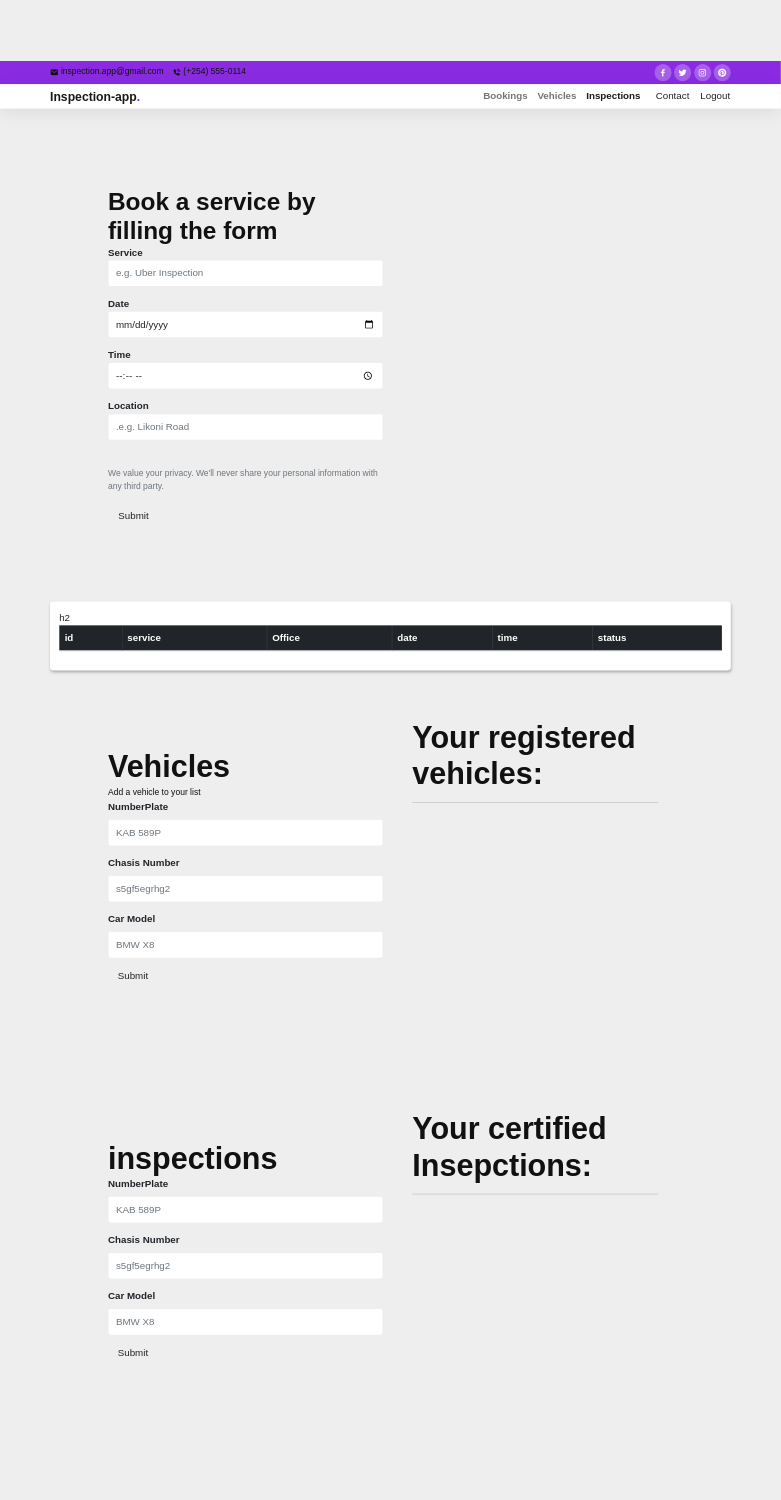
Repository: Jaynie8085/INSPECTION-APP
Page: client/admnDashboard.html
These files come from the project's save history. The page is drawn as it stood at one moment and after the next save; the edit follows.
The browser window is 1280 px wide. The pictures show the whole page, at 61% of full size.
The page's requests for data from a server got no answer. Some web libraries are served in a nearby version.

Above is the page before, as saved 2022-10-17 02:31:37.
Console error: ReferenceError: fetchBookings is not defined

After the next save:
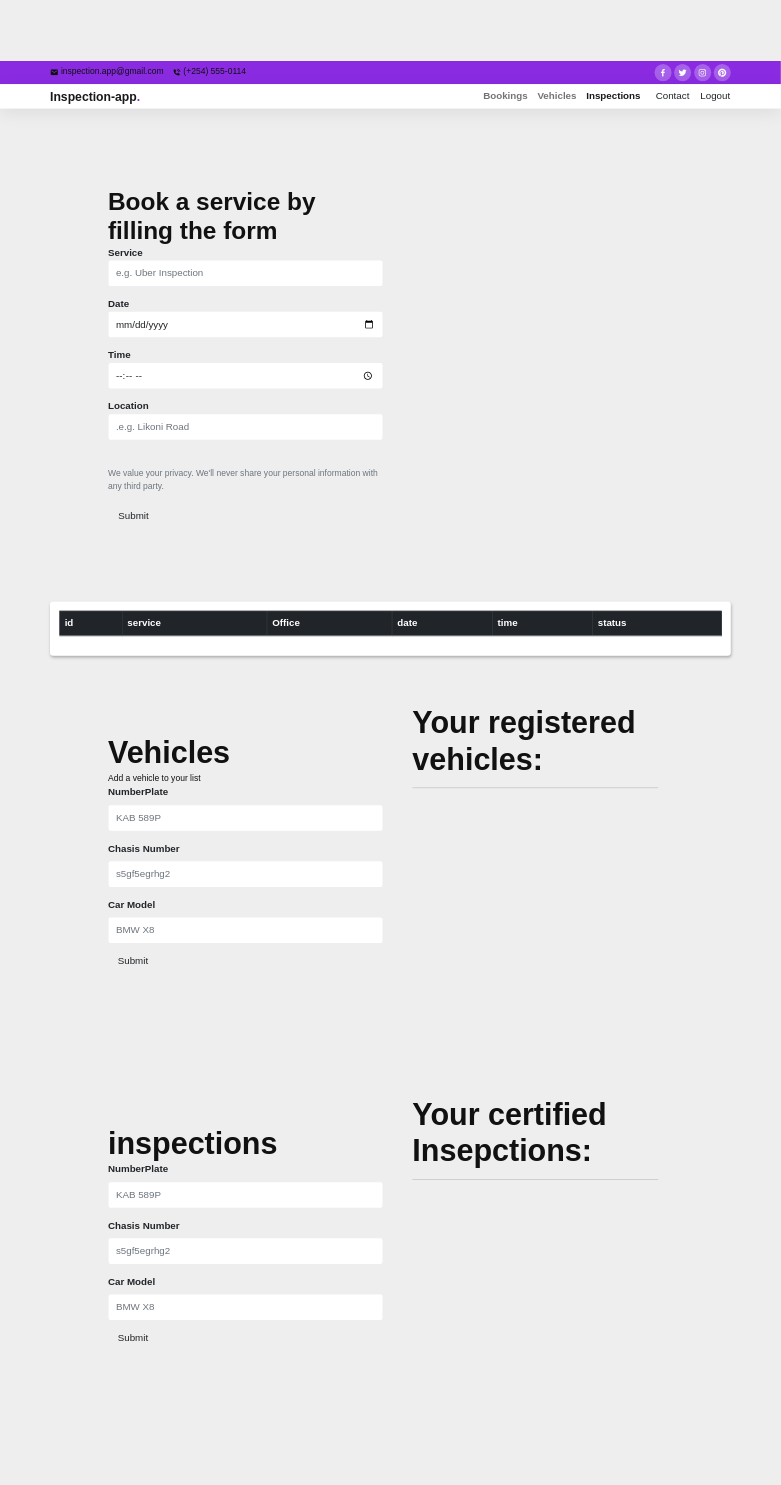
Saved 2 s later.
--- a/client/admnDashboard.html
+++ b/client/admnDashboard.html
@@ -113,7 +113,7 @@
                                 <div class="data_table">
                                     <table id="example" class="table table-striped table-bordered">
                                         <thead class="table-dark">
-                                            h2
+                                            <i class="fas fa-h2    "></i>
                                             <tr>
                                                 <th>id</th>
                                                 <th>service</th>

After the 3 saves that followed:
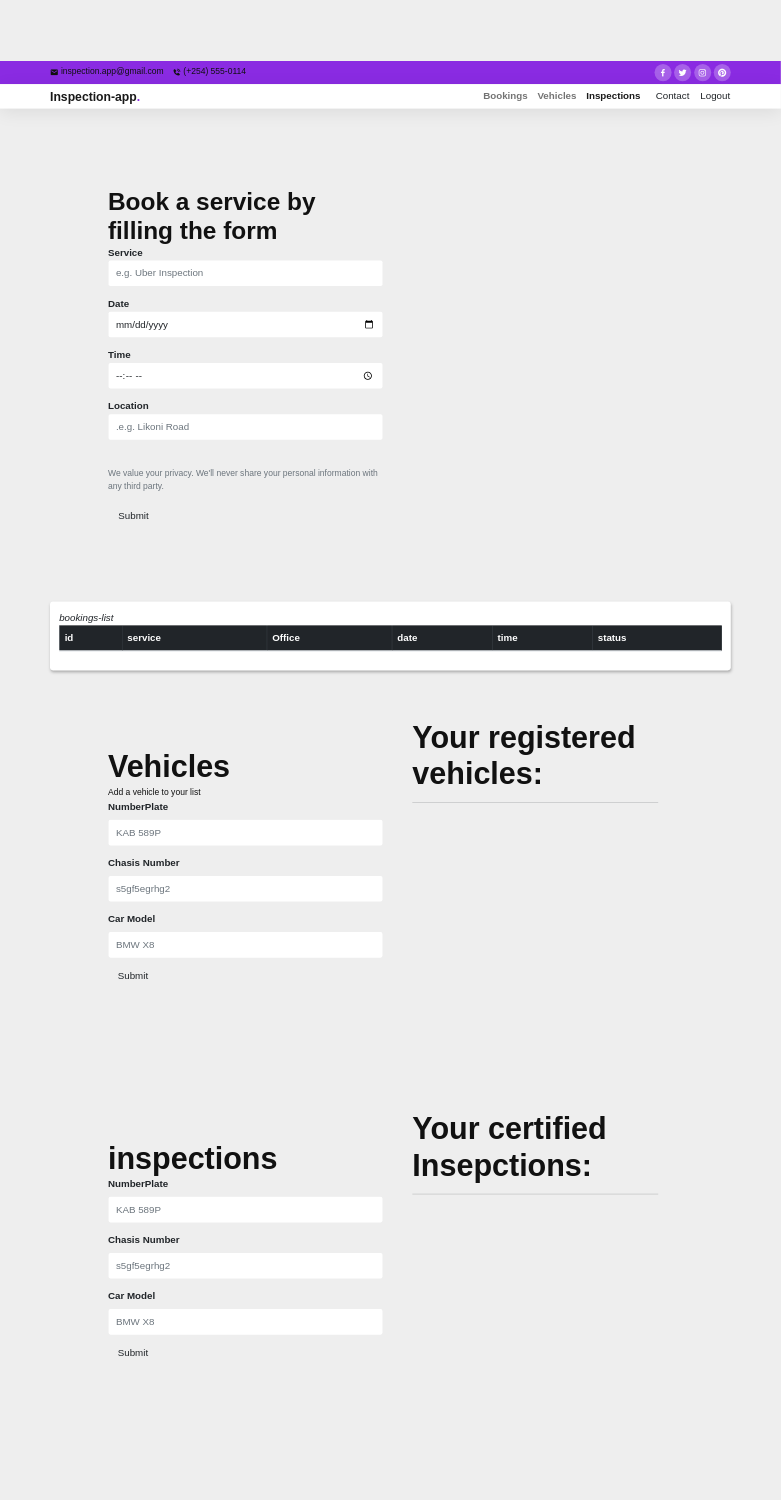
The 3 saves are shown as one change because 2 left the picture as it was.
The last was saved 17 s later.
--- a/client/admnDashboard.html
+++ b/client/admnDashboard.html
@@ -113,7 +113,7 @@
                                 <div class="data_table">
                                     <table id="example" class="table table-striped table-bordered">
                                         <thead class="table-dark">
-                                            <i class="fas fa-h2    "></i>
+                                            <i class="fas fa-h2 fa-lg fa-fw">bookings-list</i>
                                             <tr>
                                                 <th>id</th>
                                                 <th>service</th>
